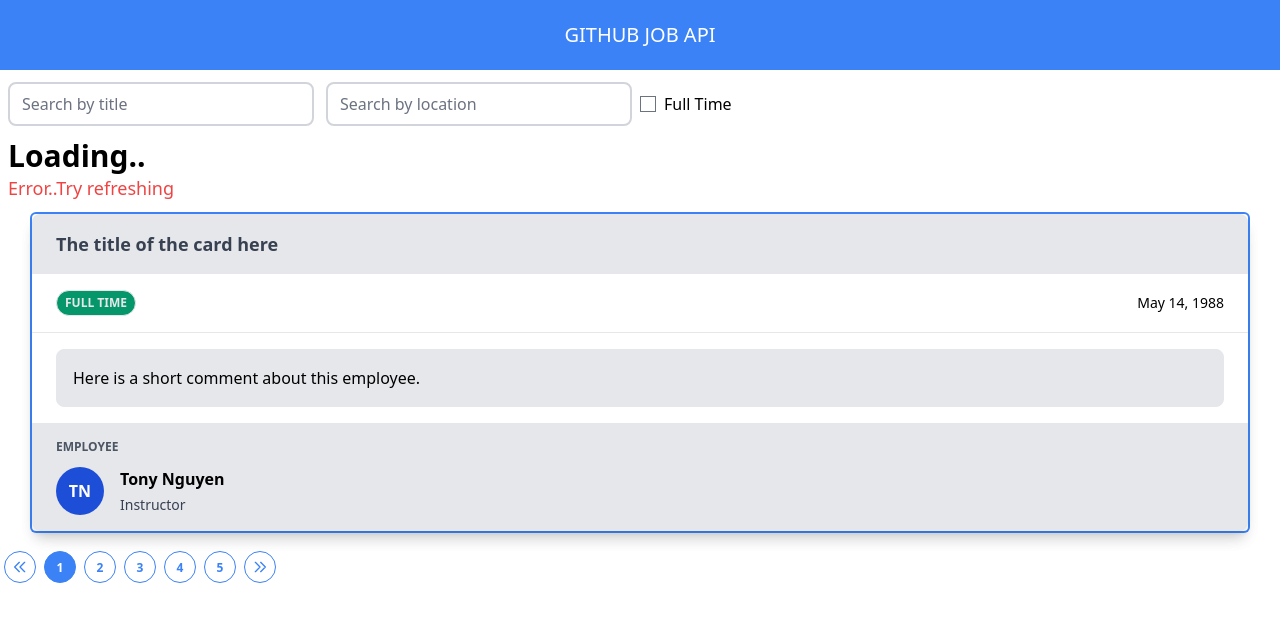
Repository: ShamroOoz/Github-job-api-React-Tailwind
Page: /
The author's editor kept a copy of each file at every save. The page is drawn from the files as they stood at one save, then again after the next save.
The browser window is 1280 px wide. The pictures show the whole page.
The page's requests for data from a server got no answer. The project was rebuilt for these pictures with package versions that can differ from the ones it lists, and the page was loaded fresh each time. No one was signed in, and anything a server would have sent is missing. Also part of the build but not shown: craco.config.js.

Above is the page before, as saved 2021-03-21 17:37:07.

After the next save:
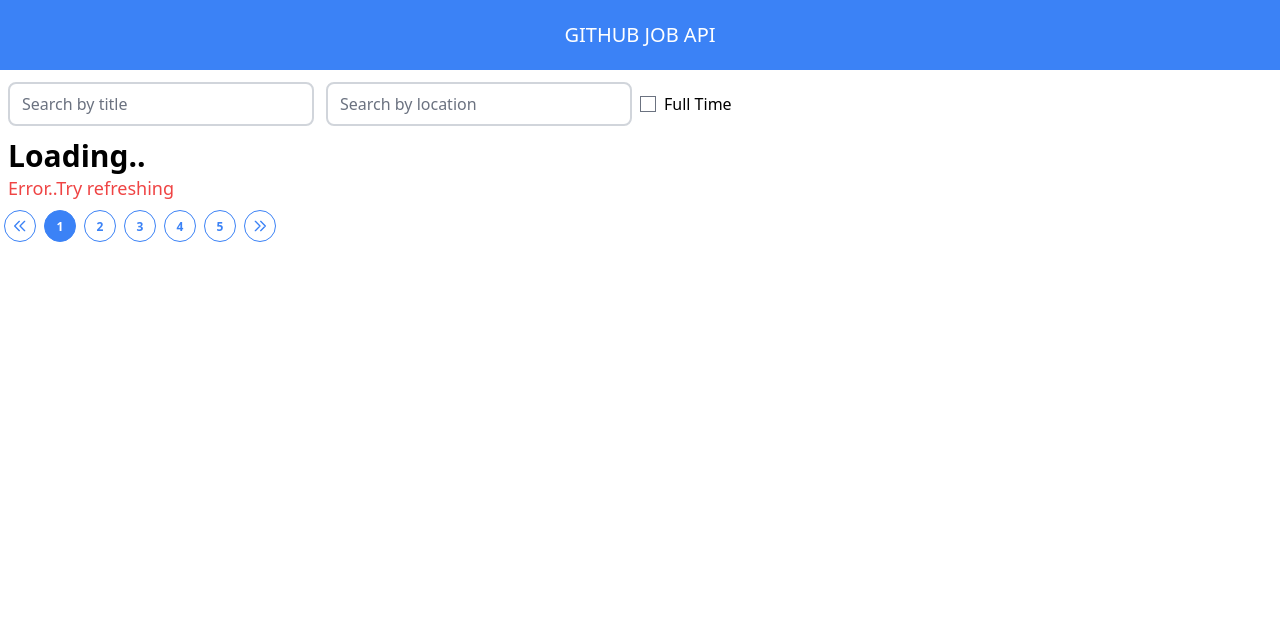
Saved 14 s later.
--- a/src/App.js
+++ b/src/App.js
@@ -37,7 +37,7 @@
             ))}
         </div>
       </div>
-      <Job />
+      {/* <Job /> */}
       <Pagination />
     </>
   );
